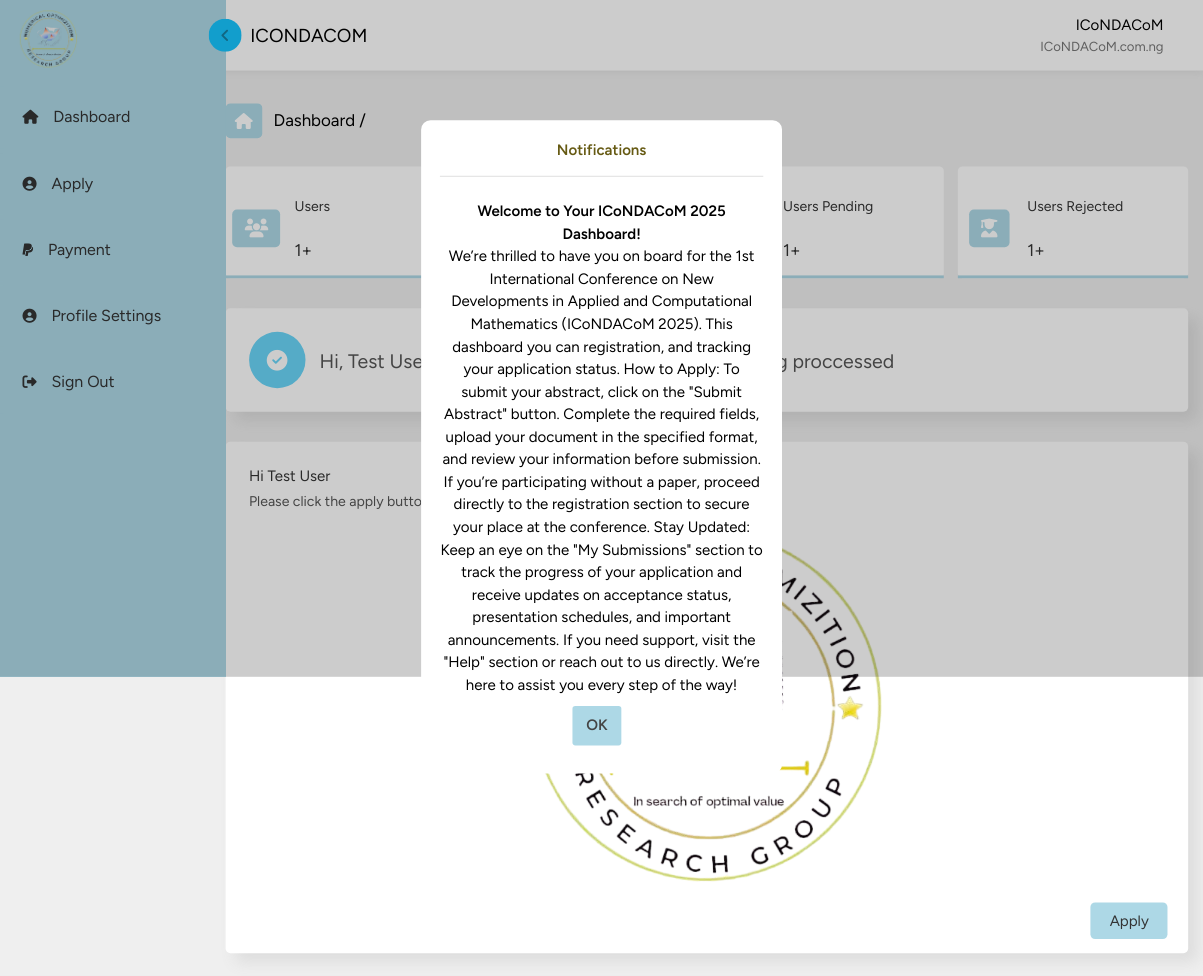
Repository: mrcode-gmb/aa-lectturn
Page: http://localhost/dashboard
The author's editor kept a copy of each file at every save. The page is drawn from the files as they stood at one save, then again after a run of saves.
The browser window is 1280 px wide. The pictures show the whole page, at 94% of full size.
The page is served by the project's Laravel application, run on PHP 8.4 with Laravel 10. A made-up administrator, Test User (test@example.com), is signed in. Queries for data that is not in the repository find no rows.

Above is the page before, as saved 2025-02-07 10:24:04.

After the next 2 saves:
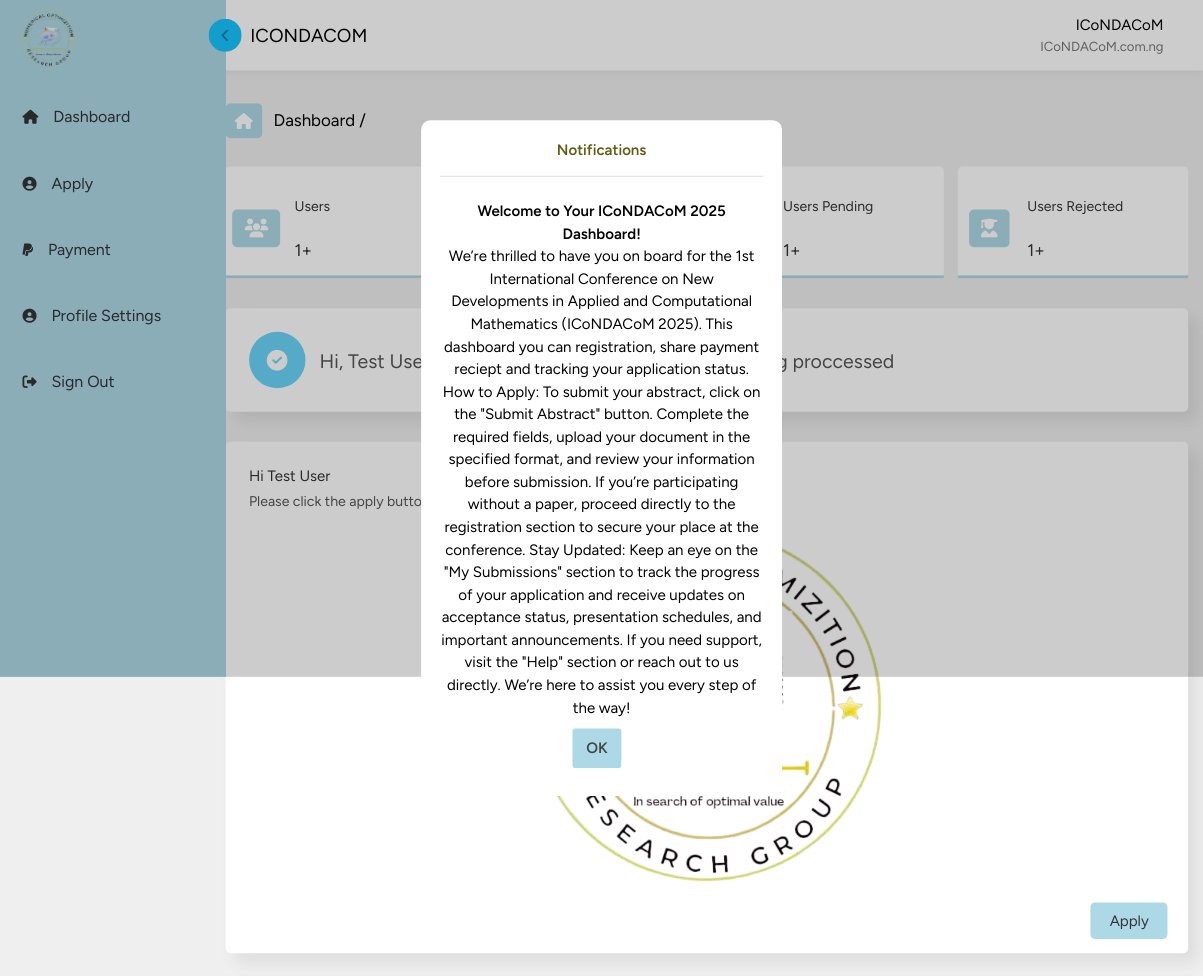
The 2 saves are shown as one change because they came seconds apart.
The last was saved 13 s later.
--- a/resources/views/dashboard.blade.php
+++ b/resources/views/dashboard.blade.php
@@ -175,7 +175,7 @@
             <form class="modal-body">
                 <p>
                     <b>Welcome to Your ICoNDACoM 2025 Dashboard!</b> <br>
-We’re thrilled to have you on board for the 1st International Conference on New Developments in Applied and Computational Mathematics (ICoNDACoM 2025). This dashboard you can registration,  and tracking your application status.
+We’re thrilled to have you on board for the 1st International Conference on New Developments in Applied and Computational Mathematics (ICoNDACoM 2025). This dashboard you can registration, share payment reciept and tracking your application status.
 
 How to Apply:
 To submit your abstract, click on the "Submit Abstract" button. Complete the required fields, upload your document in the specified format, and review your information before submission. If you’re participating without a paper, proceed directly to the registration section to secure your place at the conference.
